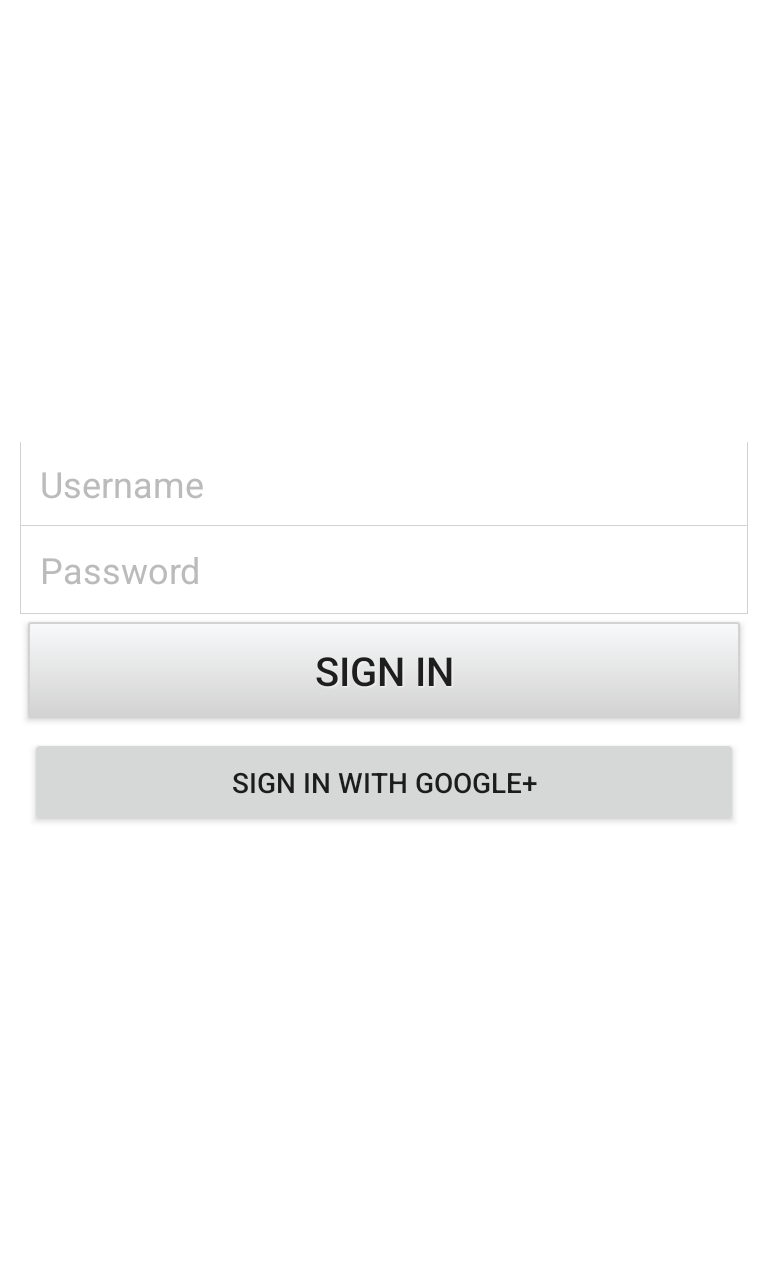
Repository: Jaaga/mooc-tracker
Layout: android/MOOCTracker/res/layout/login_screen.xml
The author's editor kept a copy of each file at every save. The layout is drawn from the files as they stood at one save, then again after the next save.
It is drawn on a 768 x 1280 px phone screen (xhdpi) without system bars, with theme AppTheme; the app's code is not run.

Above is the layout before, as saved 2014-05-22 18:10:07.

After the next save:
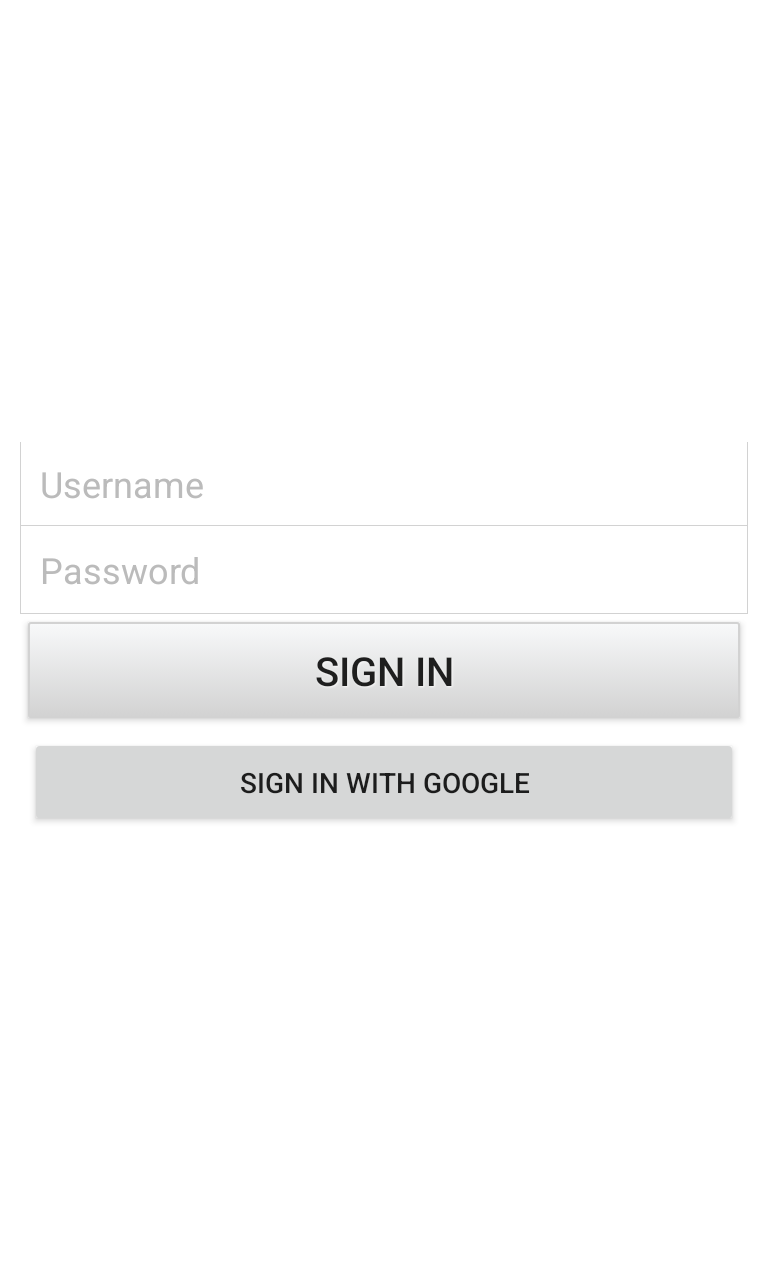
Saved 9 s later.
--- a/android/MOOCTracker/res/layout/login_screen.xml
+++ b/android/MOOCTracker/res/layout/login_screen.xml
@@ -61,7 +61,7 @@
             android:layout_height="wrap_content"
             android:padding="10dp"
                android:layout_margin="4dp"
-               android:text="Sign in with Google+"
+               android:text="@string/googleplus"
            />
 
 
